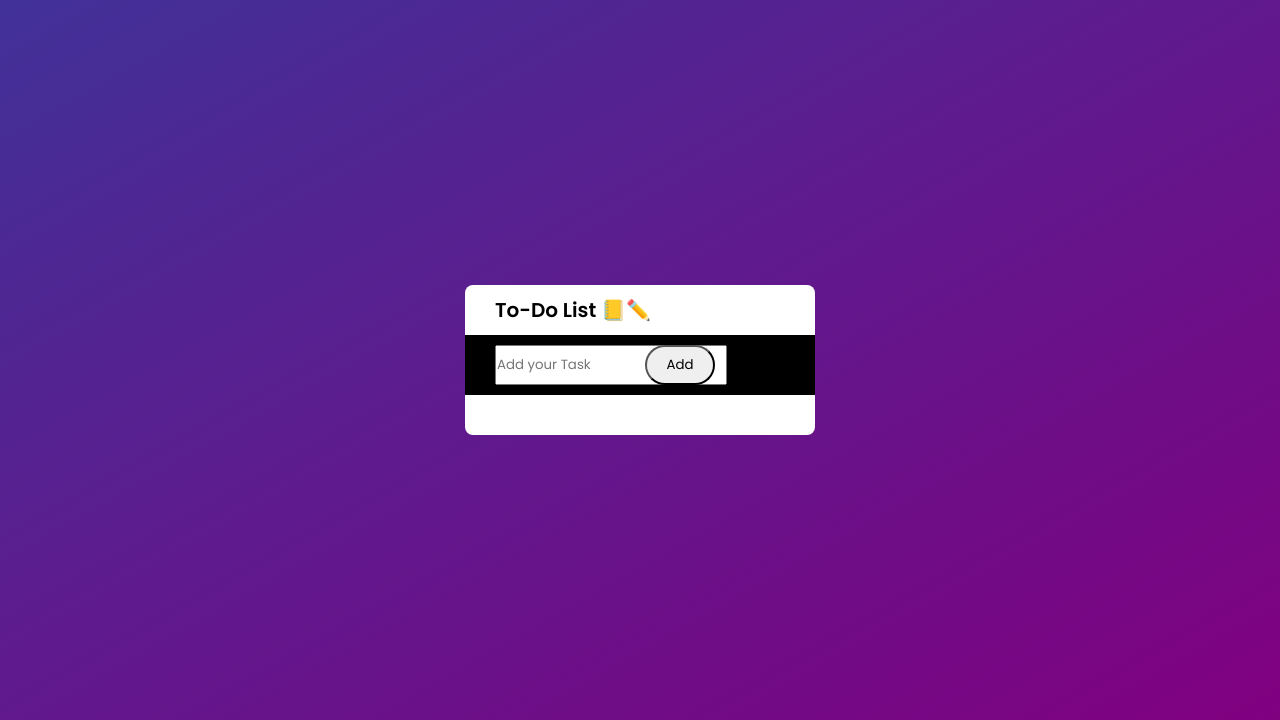
Repository: Ankitkr2021/To-Do-List
Page: index.html
An editor plug-in stored every save of this project. The page is shown before and after a run of saves, followed by the edit.
The browser window is 1280 px wide. The pictures show the whole page.

Above is the page before, as saved 2025-10-03 10:09:12.

After the next 2 saves:
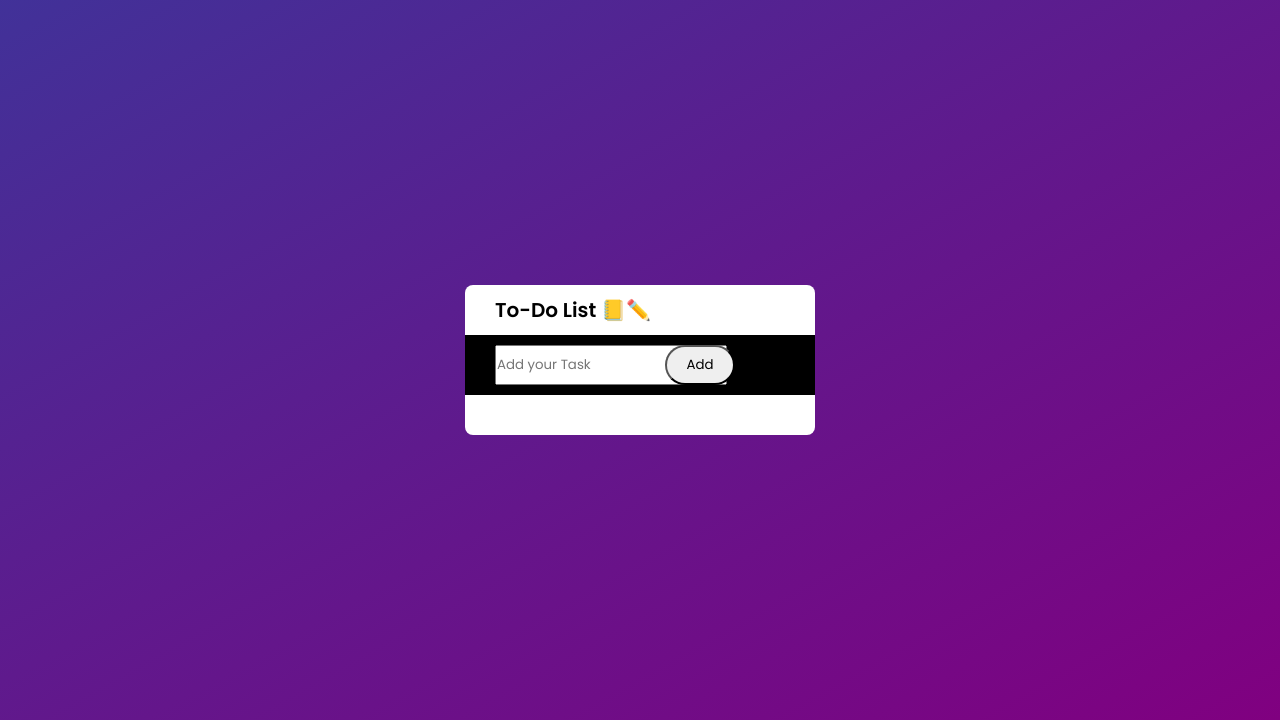
The 2 saves are shown as one change because they came seconds apart.
The last was saved 7 s later.
--- a/style.css
+++ b/style.css
@@ -43,7 +43,7 @@ body{
 .task button {
     content: "";
     position: absolute;
-    left: 180px;
+    left: 200px;
     height: 40px;
     width: 20%;
     border-radius: 20px;
